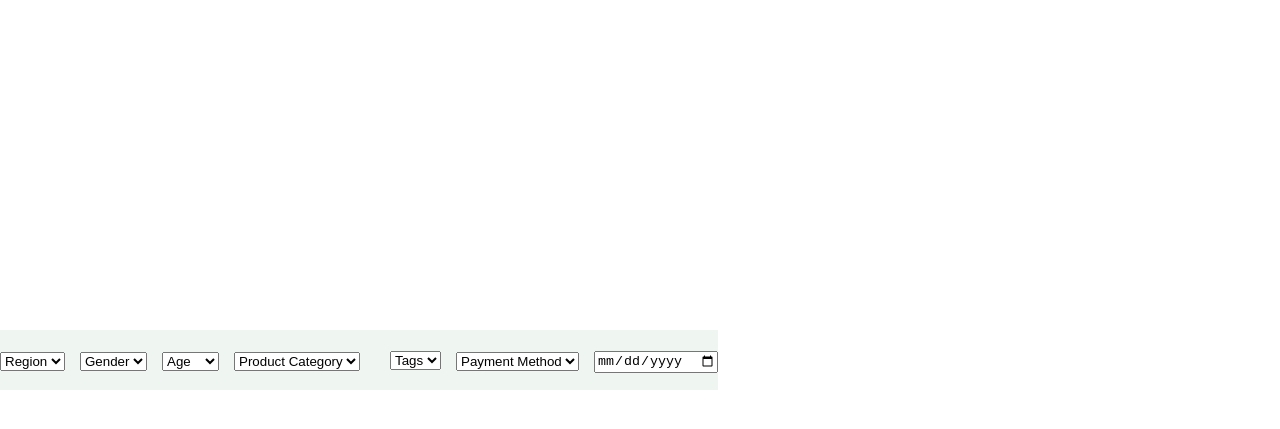
Repository: SandeepYadav18717/TruEstae
Page: / (app in TruEstae/)
An editor plug-in stored every save of this project. The page is shown before and after a run of saves, followed by the edit.
The browser window is 1280 px wide. The pictures show the whole page.
The project was rebuilt for these pictures with package versions that can differ from the ones it lists, and the page was loaded fresh each time. Also part of the build but not shown: TruEstae/vite.config.js, TruEstae/src/App.css, TruEstae/src/Styles/Logo.css, TruEstae/src/Pages/Logo.jsx, TruEstae/src/Styles/search_bar.css, TruEstae/src/components/search_bar.jsx.

Above is the page before, as saved 2025-12-07 00:57:17.

### TruEstae/index.html
<!doctype html>
<html lang="en">
  <head>
    <meta charset="UTF-8" />
    <link rel="icon" type="image/svg+xml" href="/vite.svg" />
    <meta name="viewport" content="width=device-width, initial-scale=1.0" />
    <title>javascript</title>
  </head>
  <body>
    <div id="root"></div>
    <script type="module" src="/src/main.jsx"></script>
  </body>
</html>

### TruEstae/src/App.jsx
import { useState } from 'react'
import reactLogo from './assets/react.svg'
import viteLogo from '/vite.svg'
import './App.css'

import Logo from './Pages/Logo.jsx'
import SearchBar from './components/search_bar.jsx'
import Home from './Pages/Home.jsx'

function App() {
  return (
    <>


     <Home />
    </>
  )
}

export default App

### TruEstae/src/Pages/Home.jsx
import Logo from "./Logo.jsx";
import SearchBar from "../components/search_bar.jsx";
import "../Styles/Home.css";
function Home() {
  return (
    <>
      <div className="Container_Ui">
        <div id="Customer_Region">
          <select>
            <option value="" hidden>
              Region
            </option>
            <option>Central</option>
            <option>North</option>
            <option>South</option>
            <option>East</option>
            <option>West</option>
          </select>
        </div>

        <div id="Gender">
          <select>
            <option value="" hidden>
              Gender
            </option>
            <option>Male</option>
            <option>Female</option>
          </select>
        </div>

        <div id="Age">
          <select>
            <option value="" hidden>
              Age
            </option>
            <option>18-25</option>
            <option>26-35</option>
            <option>36-50</option>
            <option>50+</option>
          </select>
        </div>

        <div id="Product_Category">
          <select>
            <option value="" hidden>
              Product Category
            </option>
            <option>Beauty</option>
            <option>Electronic</option>
            <option>Clothing</option>
          </select>
        </div>

        <div id="Tags"></div>
        <select>
          <option value="" hidden>
            Tags
          </option>
        </select>

        <div id="Payment_Method">
          <select>
            <option value="" hidden>
              Payment Method
            </option>
            <option>Wallet</option>
            <option>Cash</option>
            <option>Card</option>
            <option>UPI</option>
            <option>Net Banking</option>
          </select>
        </div>

        <div id="Date">
          <input type="date" />
        </div>
      </div>
    </>
  );
}
export default Home;

### TruEstae/src/Styles/Home.css
.Container_Ui {
  display: flex;
  gap:15px;
  flex-direction: row;
  align-items: center;
  justify-content: center;
  height: 100vh;
  background-color: #eff6f1;
  height:60px;
  width: 100%;
}

Loaded but not shown: TruEstae/src/main.jsx (common file); TruEstae/src/index.css (common file)

After the next 2 saves:
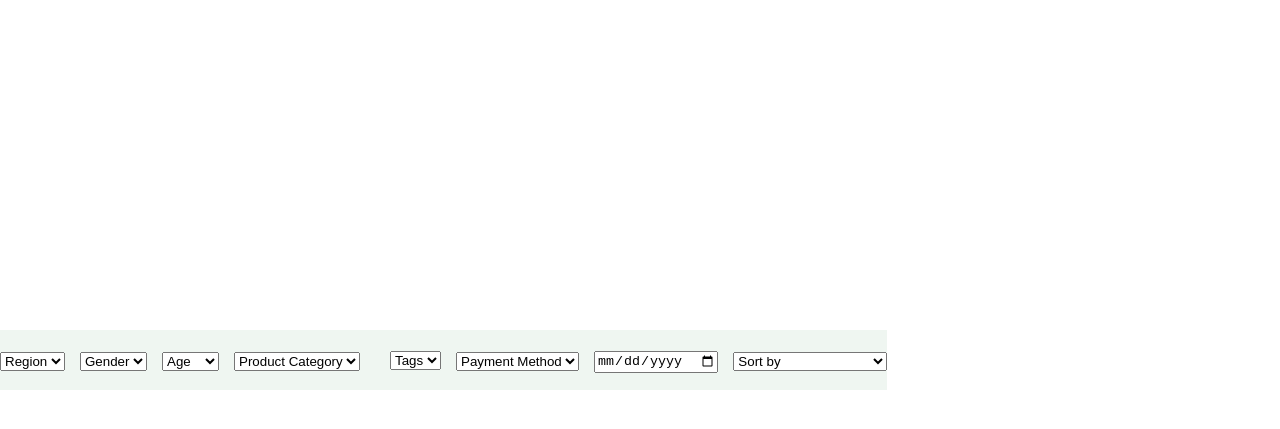
The 2 saves are shown as one change because they came seconds apart.
The last was saved 85 s later.
--- a/TruEstae/src/Pages/Home.jsx
+++ b/TruEstae/src/Pages/Home.jsx
@@ -74,6 +74,16 @@ function Home() {
         <div id="Date">
           <input type="date" />
         </div>
+        <div id="SortBy">
+  <select defaultValue="">
+    <option value="" hidden>Sort by</option>
+    <option value="name-asc">Customer Name (A-Z)</option>
+    <option value="name-desc">Customer Name (Z-A)</option>
+    <option value="newest">Newest First</option>
+    <option value="oldest">Oldest First</option>
+  </select>
+</div>
+
       </div>
     </>
   );
